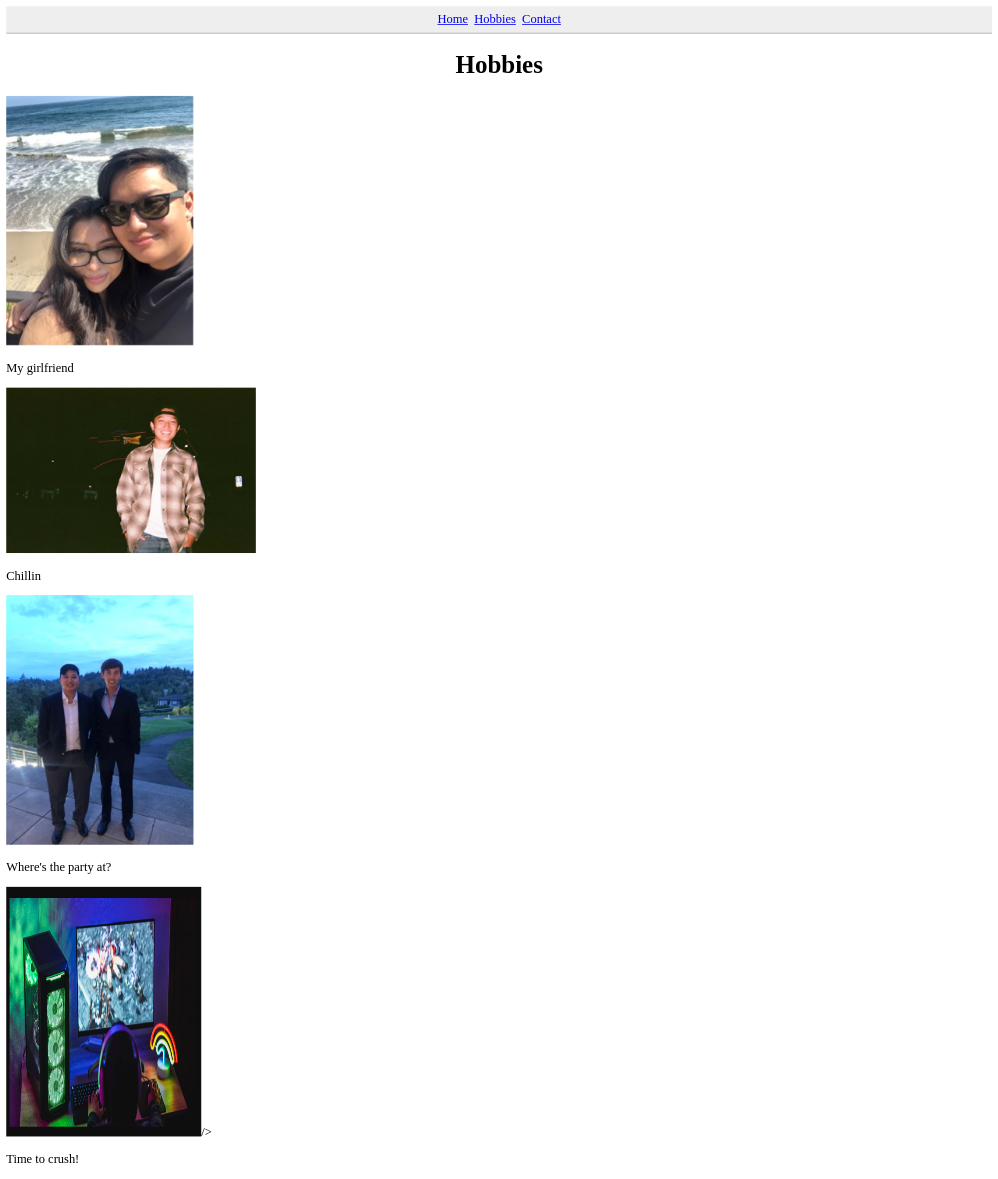
Repository: sebas6292/Jeff-Midterm
Page: hobby.html
These files come from the project's save history. The page is drawn as it stood at one moment and after the next save; the edit follows.
The browser window is 1280 px wide. The pictures show the whole page, at 78% of full size.

Above is the page before, as saved 2023-04-30 22:53:13.

After the next save:
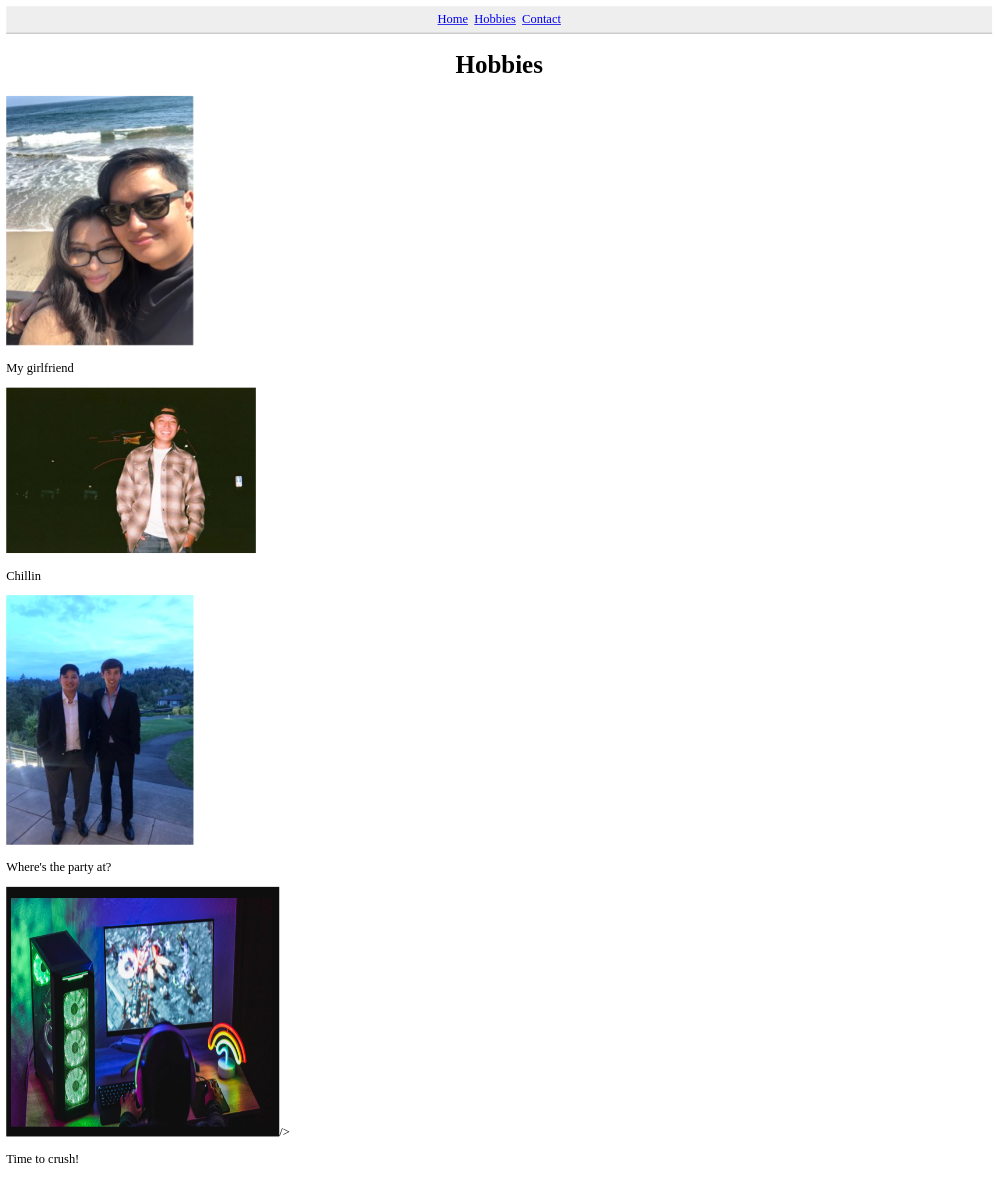
Saved 11 s later.
--- a/hobby.html
+++ b/hobby.html
@@ -29,7 +29,7 @@
             <p>Where's the party at?</p>
         </div>
         <div class="box-container">
-            <img src="pics/PC.png" style="width:250px;height:320px;"/>/>
+            <img src="pics/PC.png" style="width:350px;height:320px;"/>/>
             <p>Time to crush!</p>
         </div>
       </section>
